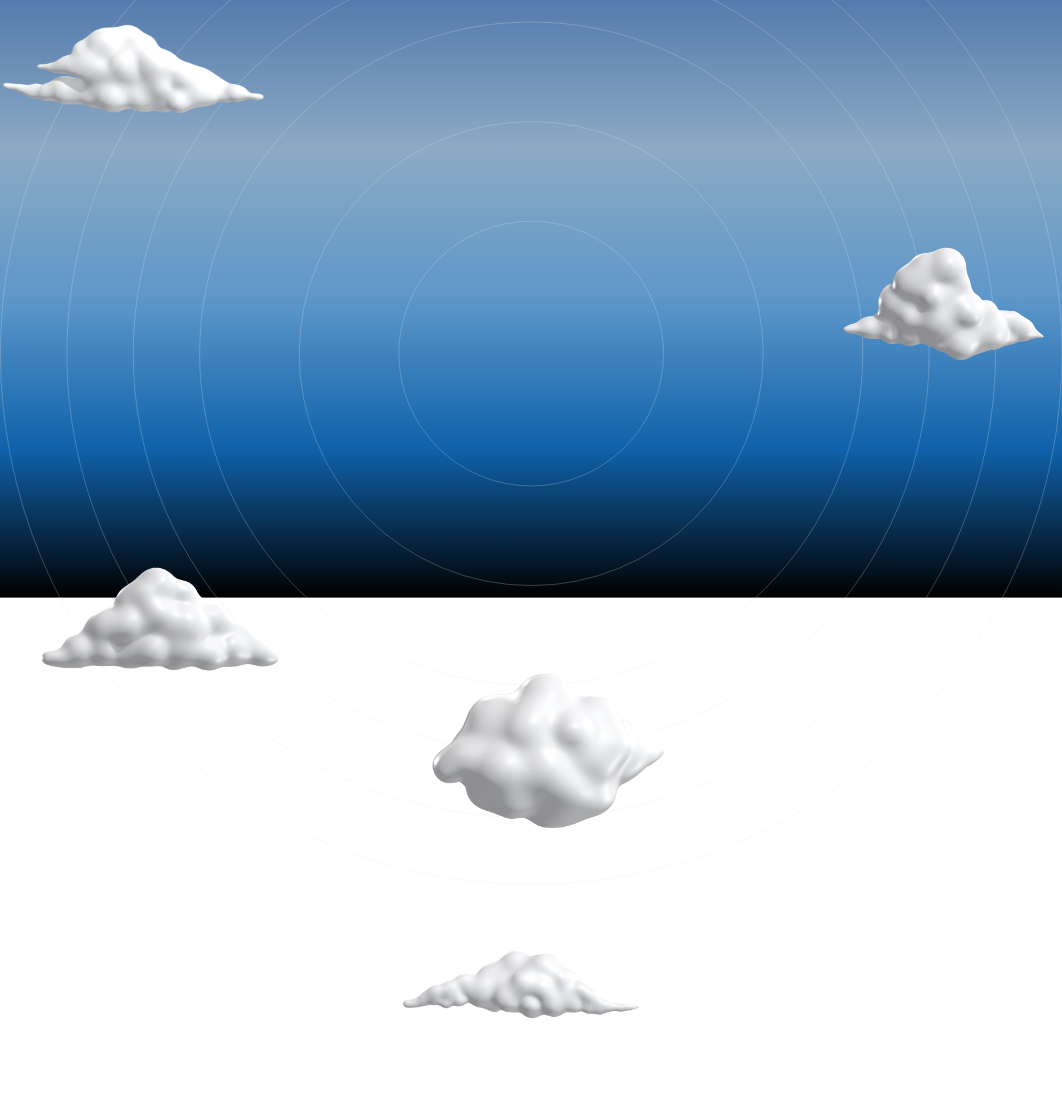
Repository: GG1627/2d-portfolio
Page: /
An editor plug-in stored every save of this project. The page is shown before and after the next save, followed by the edit.
The browser window is 1280 px wide. The pictures show the whole page, at 83% of full size.
The project was rebuilt for these pictures with package versions that can differ from the ones it lists, and the page was loaded fresh each time. The framework's server and built-in components were replaced by stand-ins that run in the browser. Also part of the build but not shown: next.config.ts.

Above is the page before, as saved 2025-01-07 15:28:53.

After the next save:
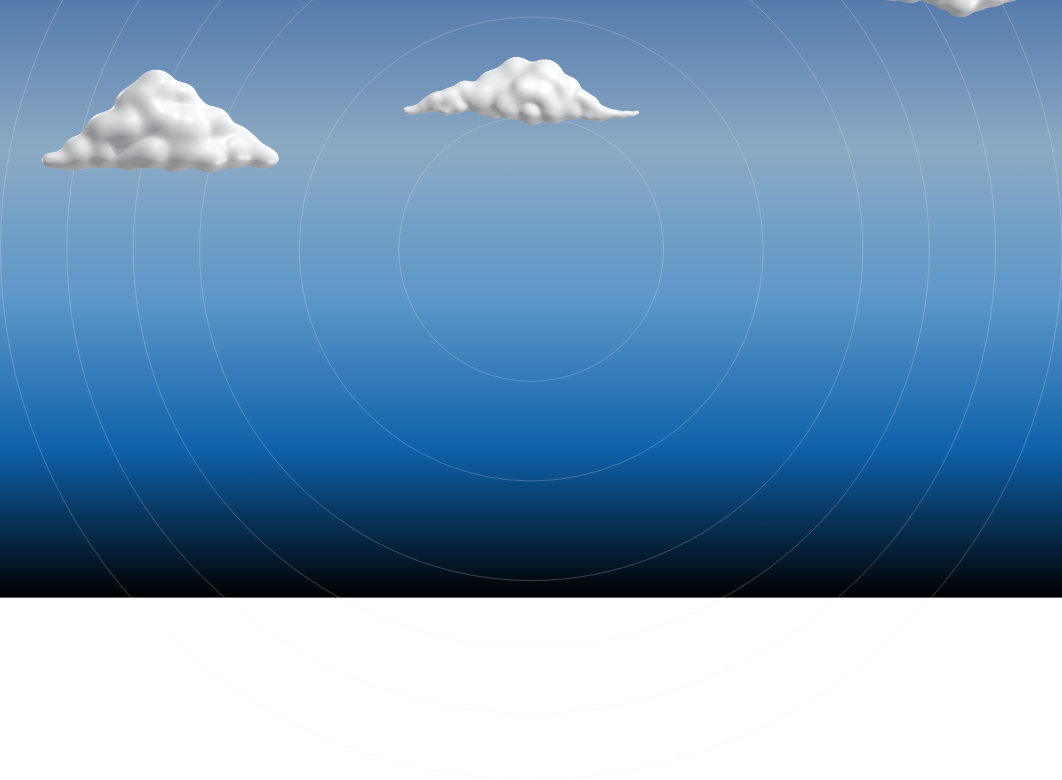
Saved 37 s later.
--- a/app/components/ui/Clouds.tsx
+++ b/app/components/ui/Clouds.tsx
@@ -69,21 +69,21 @@
       <Image
         src={Cloud1}
         alt="cloud 1"
-        className="relative"
+        className="absolute"
         style={{
-          left: `calc(0% + ${cloudsPosition.cloud1.x}px)`,
-          top: `calc(20% + ${cloudsPosition.cloud1.y}px)`,
-          width: "350px", // Make the cloud smaller
+          left: `calc(5% + ${cloudsPosition.cloud1.x}px)`,
+          top: `calc(10% + ${cloudsPosition.cloud1.y}px)`,
+          width: "250px", // Make the cloud smaller
           transition: "transform 0.1s ease-out",
         }}
       />
       <Image
         src={Cloud2}
         alt="cloud 2"
-        className="relative"
+        className="absolute"
         style={{
           left: `calc(85% + ${cloudsPosition.cloud2.x}px)`,
-          top: `calc(20% + ${cloudsPosition.cloud2.y}px)`,
+          top: `calc(15% + ${cloudsPosition.cloud2.y}px)`,
           width: "250px", // Make the cloud smaller
           transition: "transform 0.1s ease-out",
         }}
@@ -91,7 +91,7 @@
       <Image
         src={Cloud3}
         alt="cloud 3"
-        className="relative"
+        className="absolute"
         style={{
           left: `calc(10% + ${cloudsPosition.cloud3.x}px)`,
           top: `calc(30% + ${cloudsPosition.cloud3.y}px)`,
@@ -102,10 +102,10 @@
       <Image
         src={Cloud4}
         alt="cloud 4"
-        className="relative"
+        className="absolute"
         style={{
           left: `calc(50% + ${cloudsPosition.cloud4.x}px)`,
-          top: `calc(20% + ${cloudsPosition.cloud4.y}px)`,
+          top: `calc(10% + ${cloudsPosition.cloud4.y}px)`,
           width: "300px", // Make the cloud smaller
           transition: "transform 0.1s ease-out",
         }}
@@ -113,10 +113,10 @@
       <Image
         src={Cloud5}
         alt="cloud 5"
-        className="relative"
+        className="absolute"
         style={{
           left: `calc(50% + ${cloudsPosition.cloud5.x}px)`,
-          top: `calc(20% + ${cloudsPosition.cloud5.y}px)`,
+          top: `calc(30% + ${cloudsPosition.cloud5.y}px)`,
           width: "300px", // Make the cloud smaller
 
           transition: "transform 0.1s ease-out",
